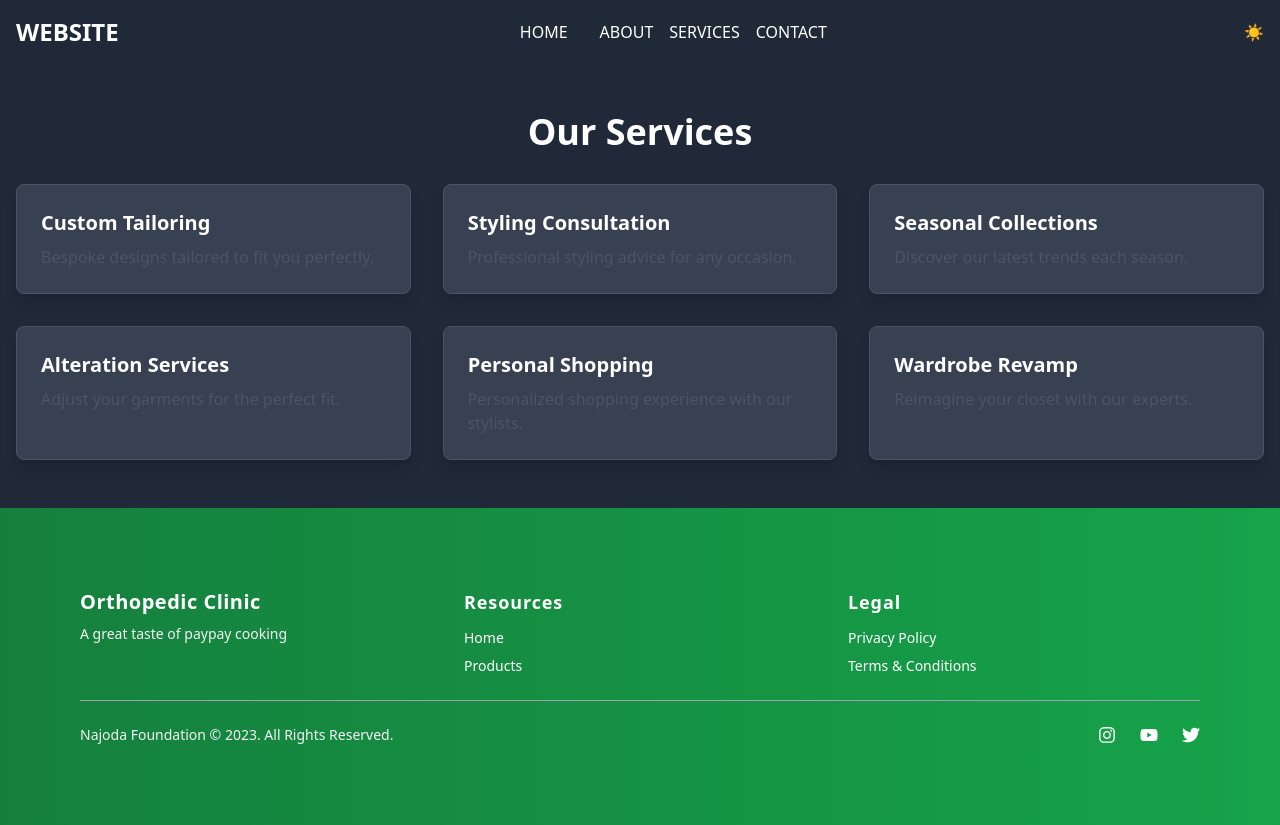
Repository: countaustin1990/file-C-Users-user-Documents-Final-20Cart
Page: /services (app in Documents/BXXXN/my-app/)
The author's editor kept a copy of each file at every save. The page is drawn from the files as they stood at one save, then again after the next save.
The browser window is 1280 px wide. The pictures show the whole page.
The project was rebuilt for these pictures with package versions that can differ from the ones it lists, and the page was loaded fresh each time. Also part of the build but not shown: Documents/BXXXN/my-app/vite.config.js, Documents/BXXXN/my-app/src/components/folder/HeroSection.test.jsx, Documents/BXXXN/my-app/src/components/horizontalscroll/style.css, Documents/BXXXN/my-app/src/components/horizontalscroll/HorizontalScroll.jsx, Documents/BXXXN/my-app/src/pages/home/Home.test.jsx, Documents/BXXXN/my-app/src/pages/contact/Contact.jsx, Documents/BXXXN/my-app/src/pages/about/About.jsx.

Above is the page before, as saved 2024-10-31 21:53:59.

### Documents/BXXXN/my-app/src/App.jsx
import { BrowserRouter as Router, Routes, Route } from 'react-router-dom';
import Navbar from './components/navbar/Navbar.pro';
import Home from './pages/home/Home.test';
import Footer from './components/footer/Footer';
import { useEffect, useState } from 'react';
import Contact from './pages/contact/Contact';
import About from './pages/about/About';
import Services from './pages/services/Services';

const App = () => {
  const [theme, setTheme] = useState('dark');

  // Toggle theme function
  const toggleTheme = () => {
    const newTheme = theme === 'light' ? 'dark' : 'light';
    setTheme(newTheme);
    localStorage.setItem('theme', newTheme);
  };

  useEffect(() => {
    const savedTheme = localStorage.getItem('theme');
    if (savedTheme) {
      setTheme(savedTheme);
    } else {
      setTheme('dark'); // Default to dark mode
    }
  }, []);

  return (
    <Router>
      <Navbar toggleTheme={toggleTheme} theme={theme} />
      <Routes>
        <Route path="/home" element={<Home theme={theme} />} /> {/* Pass theme prop to Home */}
        {/* Add more routes as needed */}
        <Route path="/about" element={<About theme={theme} />} />
        <Route path="/services" element={<Services theme={theme} />} />
        <Route path="/contact" element={<Contact theme={theme} />} />
      </Routes>
      <Footer />
    </Router>
  );
};

export default App;

### Documents/BXXXN/my-app/src/index.css
@tailwind base;
@tailwind components;
@tailwind utilities;

/* Global Styles */
.app {
  transition: background-color 0.3s ease-in-out;
}

/* Light and Dark Mode Styles */
.light-mode {
  background-color: #f0f0f0;
  color: #000;
}

.dark-mode {
  background-color: #1e1e1e;
  color: #fff;
}

/* Hero Section */
.hero {
  display: flex;
  justify-content: center;
  align-items: center;
  height: 70svh;
  text-align: center;
}

.hero-content h1 {
  font-size: 2.5rem;
  margin-bottom: 1rem;
}

.hero-content p {
  font-size: 1.2rem;
  margin-bottom: 1.5rem;
}

.cta-button {
  padding: 0.75rem 1.5rem;
  font-size: 1rem;
  background-color: rgb(22 163 74);

  color: white;
  border: none;
  cursor: pointer;
  border-radius: 5px;
}

.cta-button:hover {
  background-color: #22923c;
}

/* Toggle Switch Styles */
.switch {
  position: relative;
  display: inline-block;
  width: 60px;
  height: 34px;
  margin-top: 20px;
}

.switch input {
  opacity: 0;
  width: 0;
  height: 0;
}

.slider {
  position: absolute;
  cursor: pointer;
  top: 0;
  left: 0;
  right: 0;
  bottom: 0;
  background-color: #ccc;
  transition: 0.4s;
  border-radius: 34px;
}

.slider:before {
  position: absolute;
  content: "";
  height: 26px;
  width: 26px;
  border-radius: 50%;
  left: 4px;
  bottom: 4px;
  background-color: white;
  transition: 0.4s;
}

input:checked + .slider {
  background-color: #5494de;
}

input:checked + .slider:before {
  transform: translateX(26px);
}

/* Decoration (Additional Styling) */
.decoration {
  position: absolute;
  right: 10px;
  top: 5px;
  width: 8px;
  height: 8px;
  background-color: yellow;
  border-radius: 50%;
  box-shadow: 0 0 5px 2px yellow;
}

### Documents/BXXXN/my-app/src/components/navbar/Navbar.pro.jsx
import PropTypes from 'prop-types';
import { useState } from 'react';
import { Link } from 'react-router-dom';

const Navbar = ({ theme, toggleTheme }) => {
  const [isMenuOpen, setIsMenuOpen] = useState(false);

  const handleMenuToggle = () => {
    setIsMenuOpen(!isMenuOpen);
  };

  return (
    <nav className={`navbar ${theme === 'light' ? 'bg-white text-black' : 'bg-gray-800 text-white'} transition-colors duration-300`}>
      <div className="container mx-auto flex justify-between items-center p-4">
        {/* Website Name */}
        <h1 className="text-2xl font-bold uppercase">Website</h1>

        {/* Links for Desktop */}
        <ul className="hidden md:flex space-x-4 uppercase">
          <li><Link to="home" className="hover:underline">Home</Link></li>
          <li><Link to="about" className="hover:underline">About</Link></li>
          <li><Link to="services" className="hover:underline">Services</Link></li>
          <li><Link to="contact" className="hover:underline">Contact</Link></li>
        </ul>

        {/* Theme Toggle Button */}
        <button onClick={toggleTheme} className="ml-4 toggle-theme" aria-label={`Switch to ${theme === 'light' ? 'dark' : 'light'} mode`}>
          {theme === 'light' ? '🌙' : '☀️'}
        </button>

        {/* Mobile Menu Button */}
        <button
          onClick={handleMenuToggle}
          className="block md:hidden focus:outline-none ml-4"
          aria-label="Toggle menu"
        >
          {isMenuOpen ? '✖' : '☰'} {/* Menu icon changes when clicked */}
        </button>
      </div>

      {/* Links for Mobile */}
      {isMenuOpen && (
        <ul className={`md:hidden p-4 space-y-2 ${theme === 'light' ? 'bg-white text-black' : 'bg-gray-800 text-white'}`}>
          <li><Link to="home" className="block">Home</Link></li>
          <li><Link to="about" className="block">About</Link></li>
          <li><Link to="services" className="block">Services</Link></li>
          <li><Link to="contact" className="block">Contact</Link></li>
        </ul>
      )}
    </nav>
  );
};

Navbar.propTypes = {
  theme: PropTypes.string.isRequired,
  toggleTheme: PropTypes.func.isRequired,
};

export default Navbar;

### Documents/BXXXN/my-app/src/components/footer/Footer.jsx
import { Link } from "react-router-dom";
import { FaYoutube, FaTwitter, FaInstagram } from "react-icons/fa";



const Footer = () => {
  const scrollToTop = () => {
    window.scrollTo({
      top: 0,
      behavior: 'smooth', // Smooth scroll
    });
  };
  return (
    <footer className="bg-gradient-to-r from-green-700 to-green-600 text-white p-16">
      <div className="w-full max-w-full p-4">
        <div className="grid grid-cols-1 md:grid-cols-3 gap-8">
          <div>
            <Link to="/" className="flex items-center space-x-5"  onClick={scrollToTop}>
              {/* Add Logo if necessary */}
              <span className="text-xl font-bold capitalize tracking-wide">
                Orthopedic Clinic
              </span>
            </Link>
            <p className="mt-2 text-sm text-gray-100">
              A great taste of paypay cooking
            </p>
          </div>

          <div>
            <h2 className="mb-3 text-lg font-semibold tracking-wider">
              Resources
            </h2>
            <ul className="space-y-2 text-sm">
              <li>
                <Link to="/" className="hover:text-gray-100 transition duration-300"  onClick={scrollToTop}>Home</Link>
              </li>
              <li>
                <Link to="/products" className="hover:text-gray-100 transition duration-300"  onClick={scrollToTop}>Products</Link>
              </li>
              {/*<li>
                <Link to="/services" className="hover:text-gray-100 transition duration-300">Services</Link>
              </li>
              <li>
                <Link to="/contact" className="hover:text-gray-100 transition duration-300">Contact</Link>
              </li>
              <li>
                <Link to="/blog" className="hover:text-gray-100 transition duration-300">Blog</Link>
              </li>*/}
            </ul>
          </div>

          <div>
            <h2 className="mb-3 text-lg font-semibold tracking-wider">
              Legal
            </h2>
            <ul className="space-y-2 text-sm">
              <li>
                <Link to="/privacy-policy" className="hover:text-gray-100 transition duration-300">Privacy Policy</Link>
              </li>
              <li>
                <Link to="/terms-conditions" className="hover:text-gray-100 transition duration-300">Terms & Conditions</Link>
              </li>
            </ul>
          </div>
        </div>

        <hr className="my-6 border-gray-400" />

        <div className="flex justify-between items-center">
          <span className="text-sm text-gray-100">
            Najoda Foundation © 2023. All Rights Reserved.
          </span>
          <div className="flex space-x-6">
            <a
              href="https://instagram.com"
              className="hover:text-white transition duration-300"
              target="_blank"
              rel="noopener noreferrer"
            >
              <FaInstagram size={18} />
              <span className="sr-only">Instagram</span>
            </a>
            <a
              href="https://youtube.com"
              className="hover:text-white transition duration-300"
              target="_blank"
              rel="noopener noreferrer"
            >
              <FaYoutube size={18} />
              <span className="sr-only">YouTube</span>
            </a>
            <a
              href="https://twitter.com"
              className="hover:text-white transition duration-300"
              target="_blank"
              rel="noopener noreferrer"
            >
              <FaTwitter size={18} />
              <span className="sr-only">Twitter</span>
            </a>
          </div>
        </div>
      </div>
    </footer>
  );
};

export default Footer;

### Documents/BXXXN/my-app/src/pages/services/Services.jsx
import PropTypes from 'prop-types';

const Services = ({ theme }) => {
  const services = [
    { title: "Custom Tailoring", description: "Bespoke designs tailored to fit you perfectly." },
    { title: "Styling Consultation", description: "Professional styling advice for any occasion." },
    { title: "Seasonal Collections", description: "Discover our latest trends each season." },
    { title: "Alteration Services", description: "Adjust your garments for the perfect fit." },
    { title: "Personal Shopping", description: "Personalized shopping experience with our stylists." },
    { title: "Wardrobe Revamp", description: "Reimagine your closet with our experts." },
  ];

  return (
    <div className={`container-fluid py-12 px-4 ${theme === 'light' ? 'bg-white text-gray-800' : 'bg-gray-800 text-white'}`}>
      <h1 className="text-4xl font-bold text-center mb-8">Our Services</h1>
      <div className="grid grid-cols-1 md:grid-cols-2 lg:grid-cols-3 gap-8">
        {services.map((service, index) => (
          <div
            key={index}
            className={`p-6 shadow-lg rounded-lg transition-transform transform hover:scale-105 ${theme === 'light' ? 'bg-white border border-gray-300' : 'bg-gray-700 border border-gray-600'}`}
          >
            <h2 className="text-xl font-semibold mb-2">{service.title}</h2>
            <p className="text-gray-600">{service.description}</p>
          </div>
        ))}
      </div>
    </div>
  );
};

// PropTypes validation
Services.propTypes = {
  theme: PropTypes.string.isRequired,
};

export default Services;

### Documents/BXXXN/my-app/src/components/folder/style.css
/* style.css */
.app.dark-mode {
  background-color: #1a1a2e;
  color: #fff;
}

.app.light-mode {
  background-color: #f4f4f9;
  color: #333;
}

.hero-content h1 {
  font-size: 3rem;
}

.cta-button {
  padding: 0.5rem 2rem;
  background-color: #15983e;
  color: white;
  border: none;
  border-radius: 0.25rem;
  cursor: pointer;
}

.cta-button:hover {
  background-color: #157b3c;
}

/* Dark/Light Mode Toggle Styles */
.switch {
  position: relative;
  display: inline-block;
  width: 60px;
  height: 34px;
}

.switch input {
  opacity: 0;
  width: 0;
  height: 0;
}

.slider {
  position: absolute;
  top: 0;
  left: 0;
  right: 0;
  bottom: 0;
  background-color: #ccc;
  border-radius: 34px;
}

.slider:before {
  position: absolute;
  content: "";
  height: 26px;
  width: 26px;
  left: 4px;
  bottom: 4px;
  background-color: white;
  border-radius: 50%;
  transition: 0.4s;
}

input:checked + .slider {
  background-color: #2196F3;
}

input:checked + .slider:before {
  transform: translateX(26px);
}

/* Additional Styles */
.flex {
  display: flex;
}

.space-x-4 > *:not(:last-child) {
  margin-right: 1rem;
}

Loaded but not shown: Documents/BXXXN/my-app/index.html (common file); Documents/BXXXN/my-app/src/main.jsx (common file); Documents/BXXXN/my-app/tailwind.config.js (common file)

After the next save:
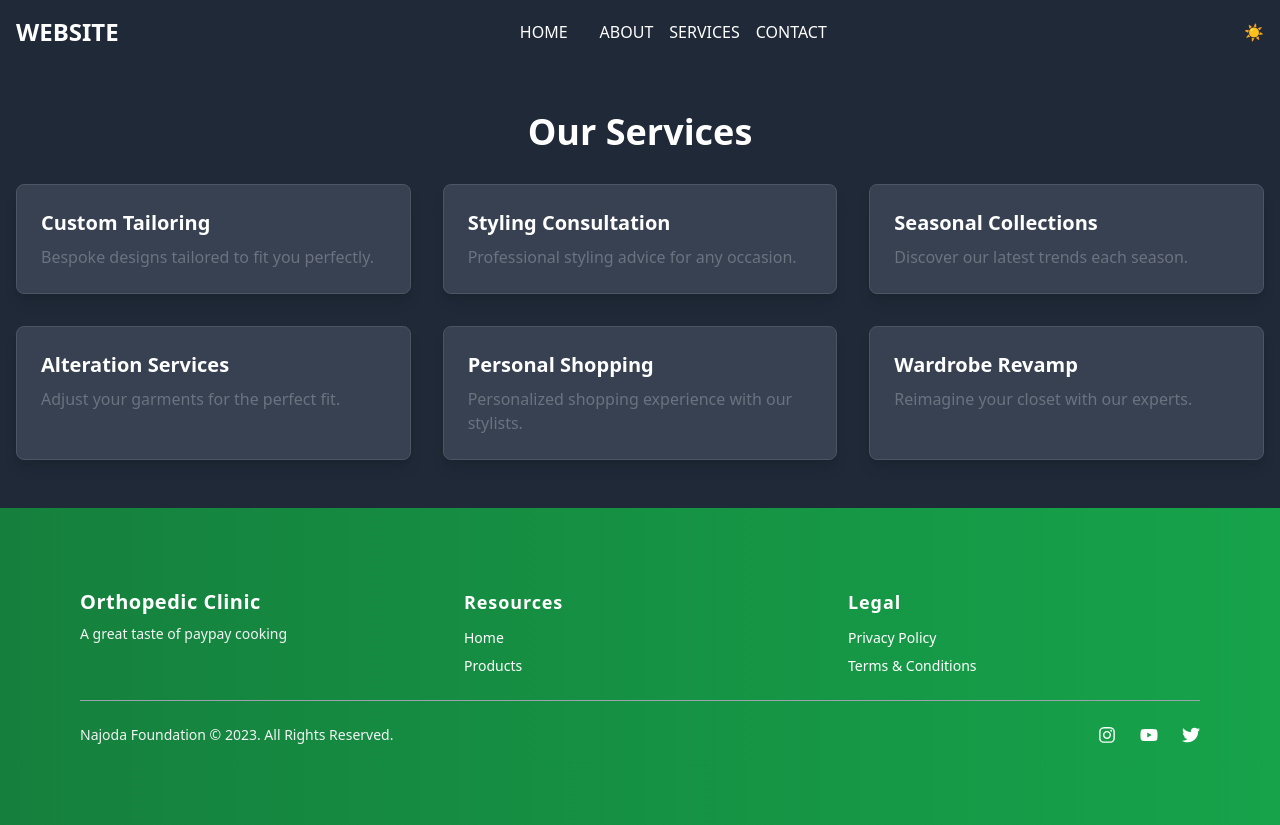
Saved 47 s later.
--- a/Documents/BXXXN/my-app/src/pages/services/Services.jsx
+++ b/Documents/BXXXN/my-app/src/pages/services/Services.jsx
@@ -20,7 +20,7 @@ const Services = ({ theme }) => {
             className={`p-6 shadow-lg rounded-lg transition-transform transform hover:scale-105 ${theme === 'light' ? 'bg-white border border-gray-300' : 'bg-gray-700 border border-gray-600'}`}
           >
             <h2 className="text-xl font-semibold mb-2">{service.title}</h2>
-            <p className="text-gray-600">{service.description}</p>
+            <p className="text-gray-500">{service.description}</p>
           </div>
         ))}
       </div>
